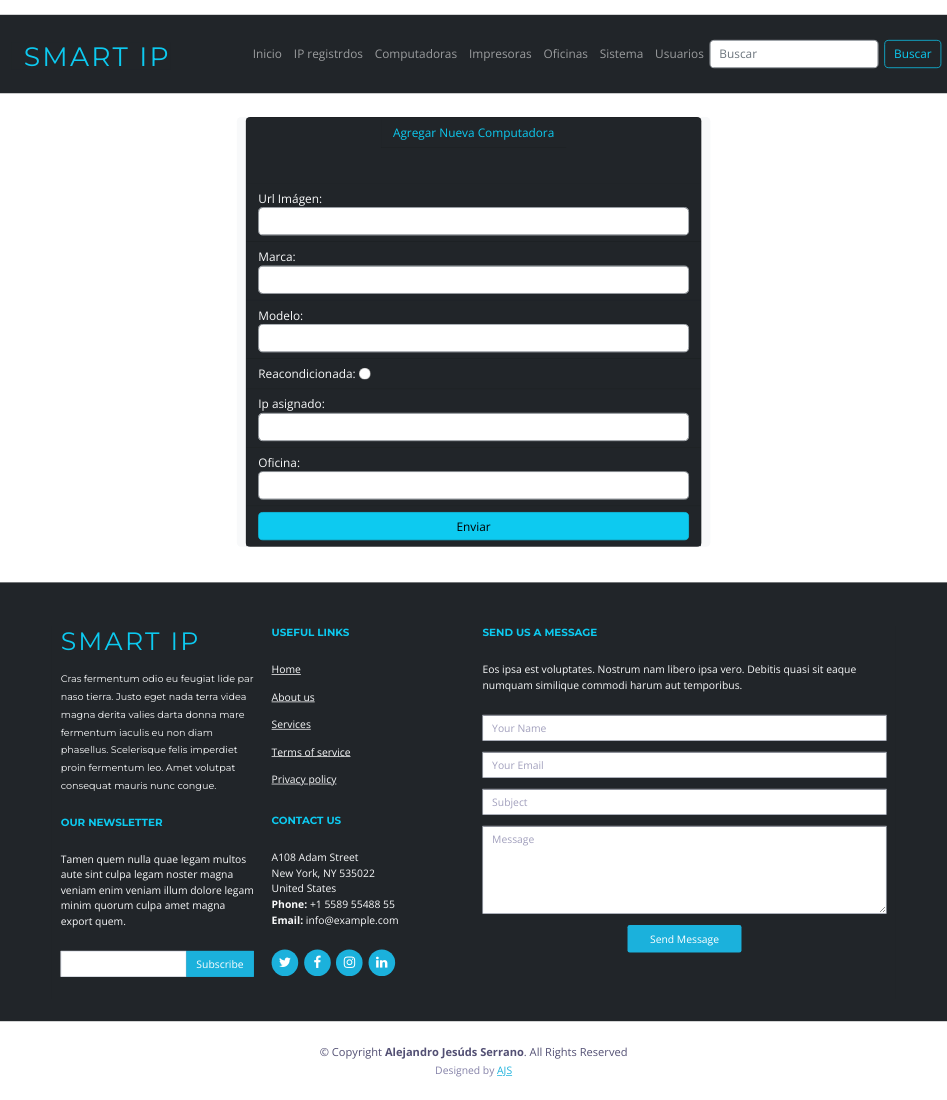
Repository: AlejandroJesusSerrano/SmartIPs
Page: smartip/smartipnav/templates/smartipnav/computer_form.html
The author's editor kept a copy of each file at every save. The page is drawn from the files as they stood at one save, then again after the next save.
The browser window is 1280 px wide. The pictures show the whole page, at 74% of full size.
The page is served by the project's application, run on Django 4.2 (smartip/manage.py). The template is opened directly, without the code that normally fills it, so the values that code supplies are empty.

Above is the page before, as saved 2022-11-14 09:35:48.

After the next save:
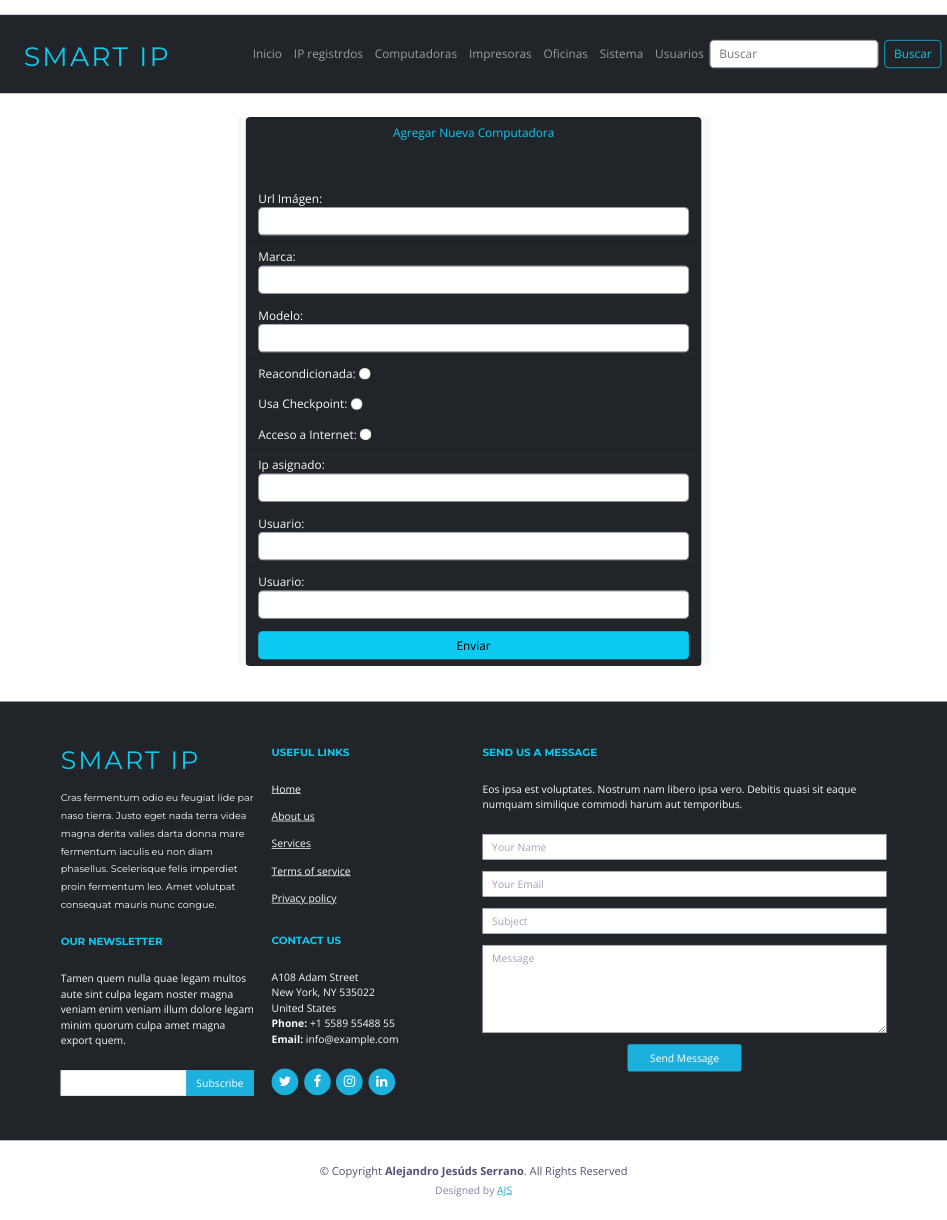
Saved 5 min 6 s later.
--- a/smartip/smartipnav/templates/smartipnav/computer_form.html
+++ b/smartip/smartipnav/templates/smartipnav/computer_form.html
@@ -29,12 +29,28 @@
                         <input class="form-check-input" type="radio" name="flexRadioDefault" id="flexRadioDefault1">
                     </li>
                     <li class="list-group-item bg-dark">
-                        <label class="form-control-label text-light" for="printer_ip">Ip asignado: </label>
-                        <input class="form-control" type="text" name="printer_ip" id="printer_ip">
+                        <label class="form-check-label text-light" for="flexRadioDefault1">
+                            Usa Checkpoint:
+                        </label>
+                        <input class="form-check-input" type="radio" name="flexRadioDefault" id="flexRadioDefault1">
                     </li>
                     <li class="list-group-item bg-dark">
-                        <label class="form-control-label text-light" for="printer_office">Oficina: </label>
-                        <input class="form-control" type="text" namr="printer_office" id="printer_office">
+                        <label class="form-check-label text-light" for="flexRadioDefault1">
+                            Acceso a Internet:
+                        </label>
+                        <input class="form-check-input" type="radio" name="flexRadioDefault" id="flexRadioDefault1">
+                    </li>
+                    <li class="list-group-item bg-dark">
+                        <label class="form-control-label text-light" for="computer_ip">Ip asignado: </label>
+                        <input class="form-control" type="text" name="computer_ip" id="computer_ip">
+                    </li>
+                    <li class="list-group-item bg-dark">
+                        <label class="form-control-label text-light" for="cumputer_user">Usuario: </label>
+                        <input class="form-control" type="text" namr="cumputer_user" id="cumputer_user">
+                    </li>
+                    <li class="list-group-item bg-dark">
+                        <label class="form-control-label text-light" for="cumputer_office">Usuario: </label>
+                        <input class="form-control" type="text" namr="cumputer_office" id="cumputer_office">
                     </li>
                     <li class="list-group-item bg-dark px-auto">
                         <button type="submit" class="btn btn-info row mx-auto w-100">Enviar</button>
